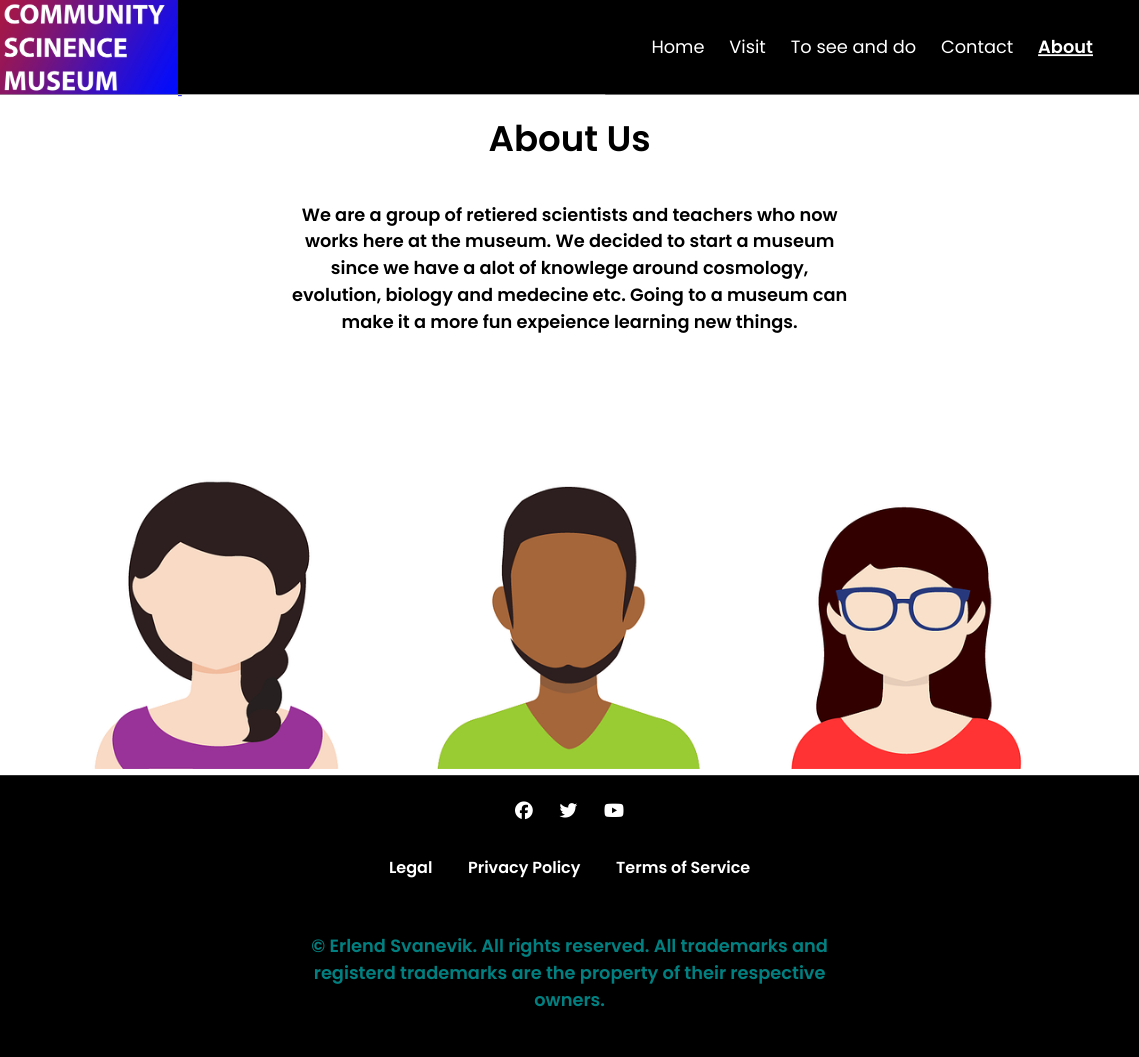
Repository: EpleWasTaken/Semester-Project
Page: about.html
These files come from the project's save history. The page is drawn as it stood at one moment and after the next save; the edit follows.
The browser window is 1280 px wide. The pictures show the whole page, at 89% of full size.
Some web libraries are served in a nearby version.

Above is the page before, as saved 2020-12-12 13:10:36.

After the next save:
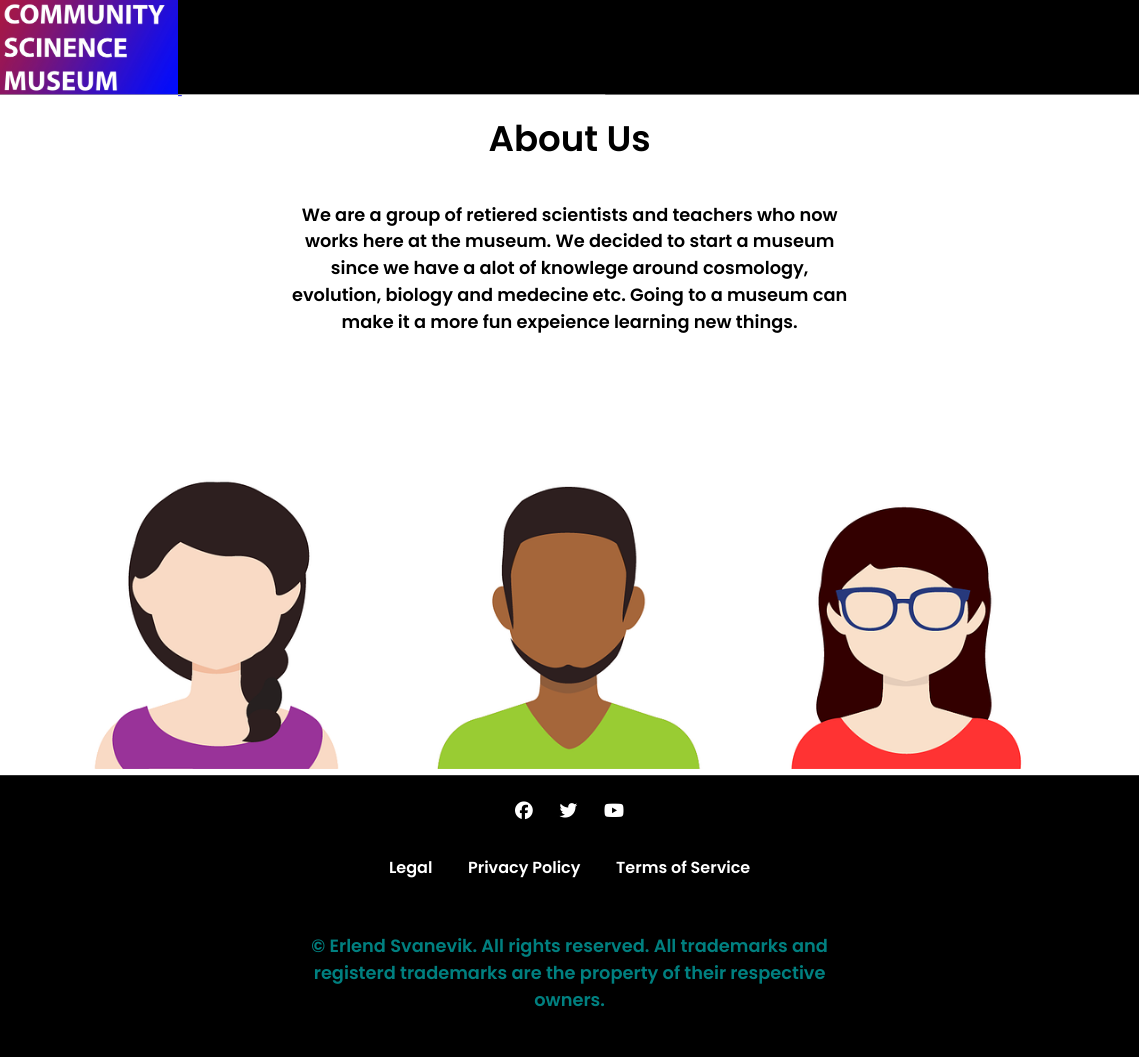
Saved 14 s later.
--- a/css/hamburger.css
+++ b/css/hamburger.css
@@ -30,6 +30,7 @@ nav a {
 	justify-content: center;
 	align-items: center;
 	position: relative;
+	top: -125px;
 }
 
 .nav {

After the save that followed:
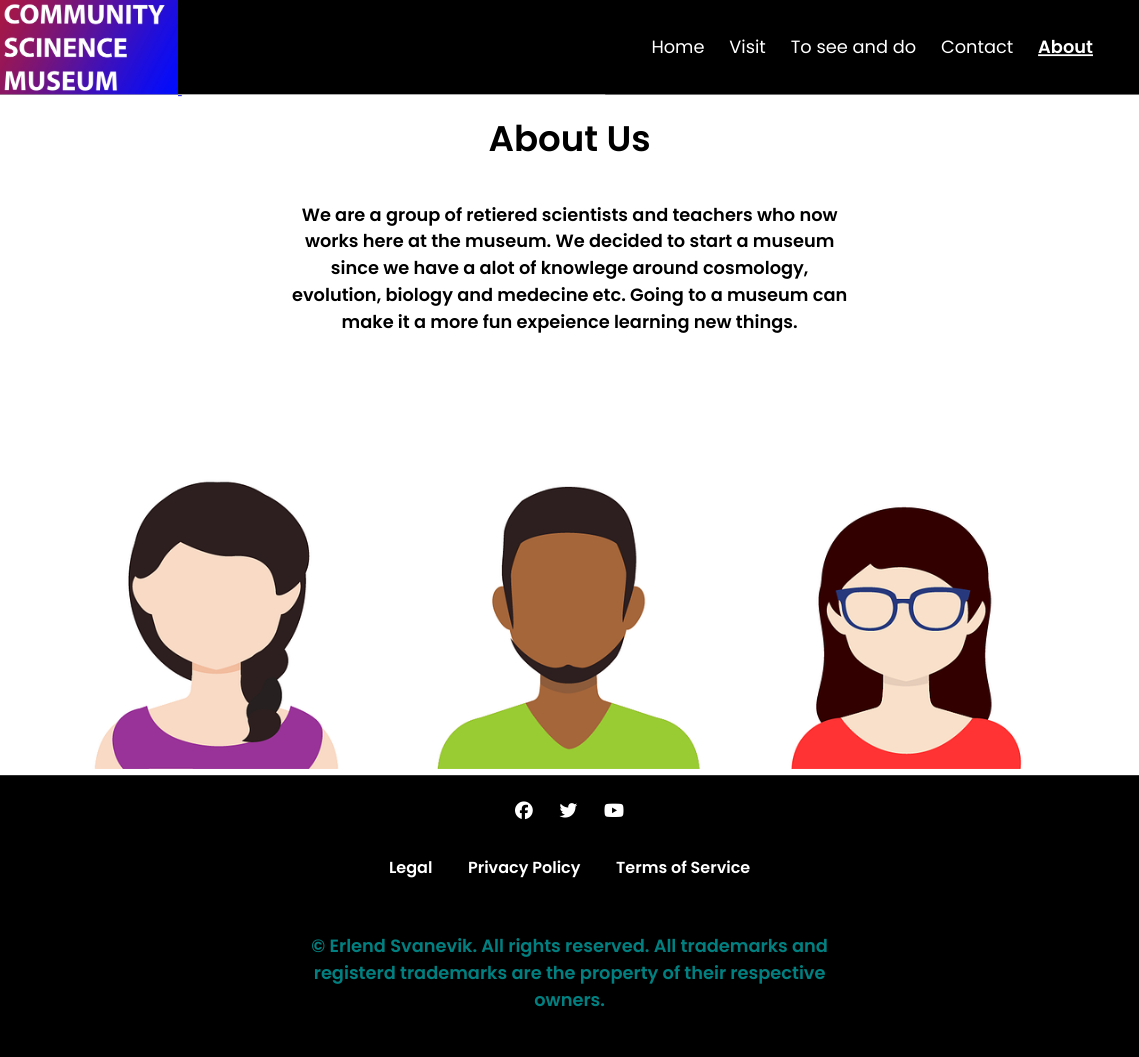
Saved 4 s later.
--- a/css/hamburger.css
+++ b/css/hamburger.css
@@ -30,7 +30,6 @@ nav a {
 	justify-content: center;
 	align-items: center;
 	position: relative;
-	top: -125px;
 }
 
 .nav {
